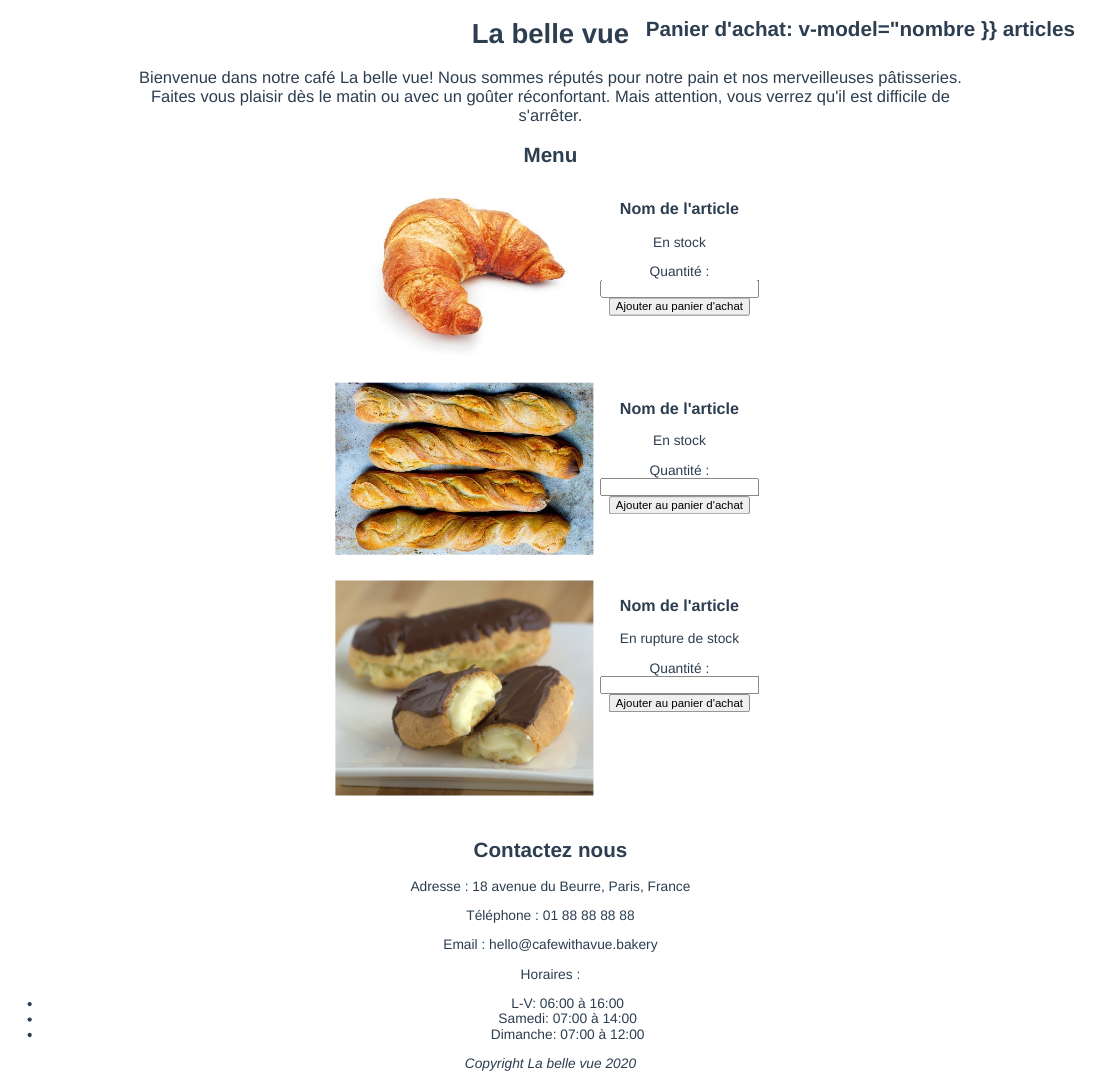
Repository: arione15/OC-tuto_cafe-avec-vue_Vue.js
Page: Partie 1 Créez votre première app Vue.js/Vue-fr-P1C4-Begin/cafe-with-a-vue/index.html
An editor plug-in stored every save of this project. The page is shown before and after the next save, followed by the edit.
The browser window is 1280 px wide. The pictures show the whole page, at 86% of full size.

Above is the page before, as saved 2021-09-06 16:34:01.

After the next save:
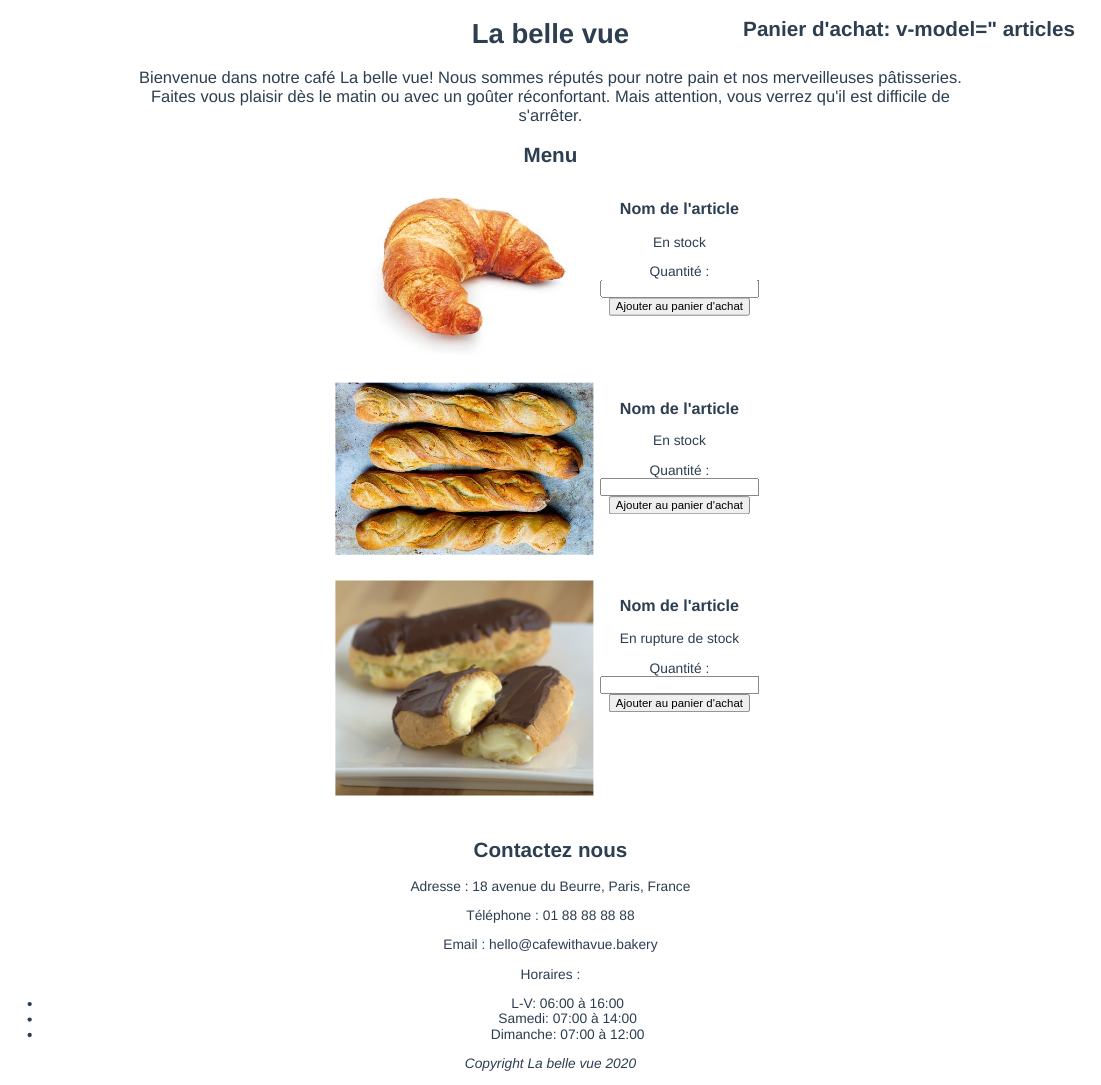
Saved 4 s later.
--- a/Partie 1 Créez votre première app Vue.js/Vue-fr-P1C4-Begin/cafe-with-a-vue/index.html
+++ b/Partie 1 Créez votre première app Vue.js/Vue-fr-P1C4-Begin/cafe-with-a-vue/index.html
@@ -41,7 +41,7 @@
 		</section>
 
 		<aside class="shopping-cart">
-			<h2>Panier d'achat: v-model="nombre }} articles</h2>
+			<h2>Panier d'achat: v-model=" articles</h2>
 		</aside>
 
 		<h2>Contactez nous</h2>
